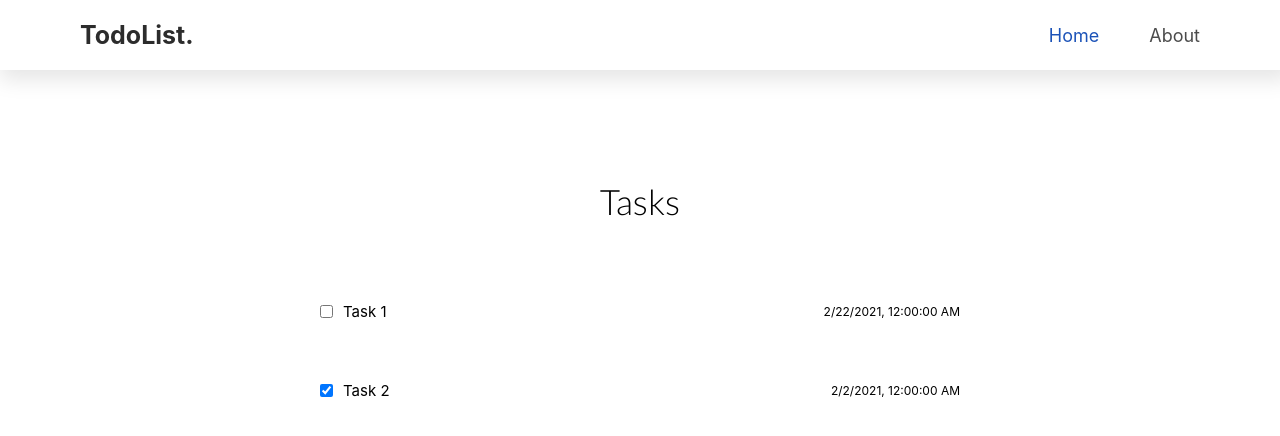
Repository: dqhuy153/react-todoList
Page: /
An editor plug-in stored every save of this project. The page is shown before and after the next save, followed by the edit.
The browser window is 1280 px wide. The pictures show the whole page.
The project was rebuilt for these pictures with package versions that can differ from the ones it lists, and the page was loaded fresh each time. Also part of the build but not shown: src/components/UI/LoadingSpinner.module.scss.

Above is the page before, as saved 2021-09-16 20:45:57.

After the next save:
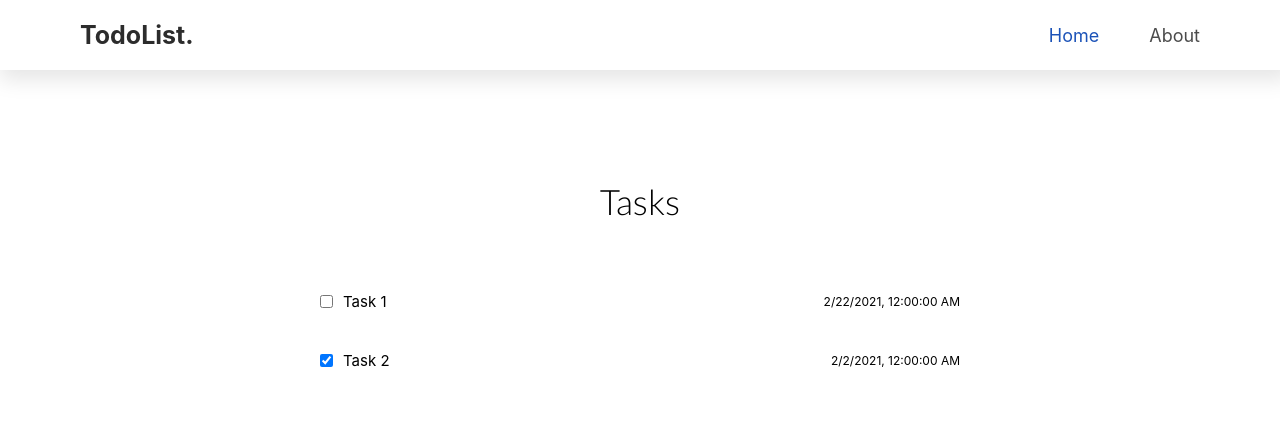
Saved 4 s later.
--- a/src/components/todos/TodoItem.module.scss
+++ b/src/components/todos/TodoItem.module.scss
@@ -2,7 +2,7 @@
   display: flex;
   align-items: center;
   justify-content: space-between;
-  padding: 3rem 0;
+  padding: 2rem 0;
 }
 
 .task {
